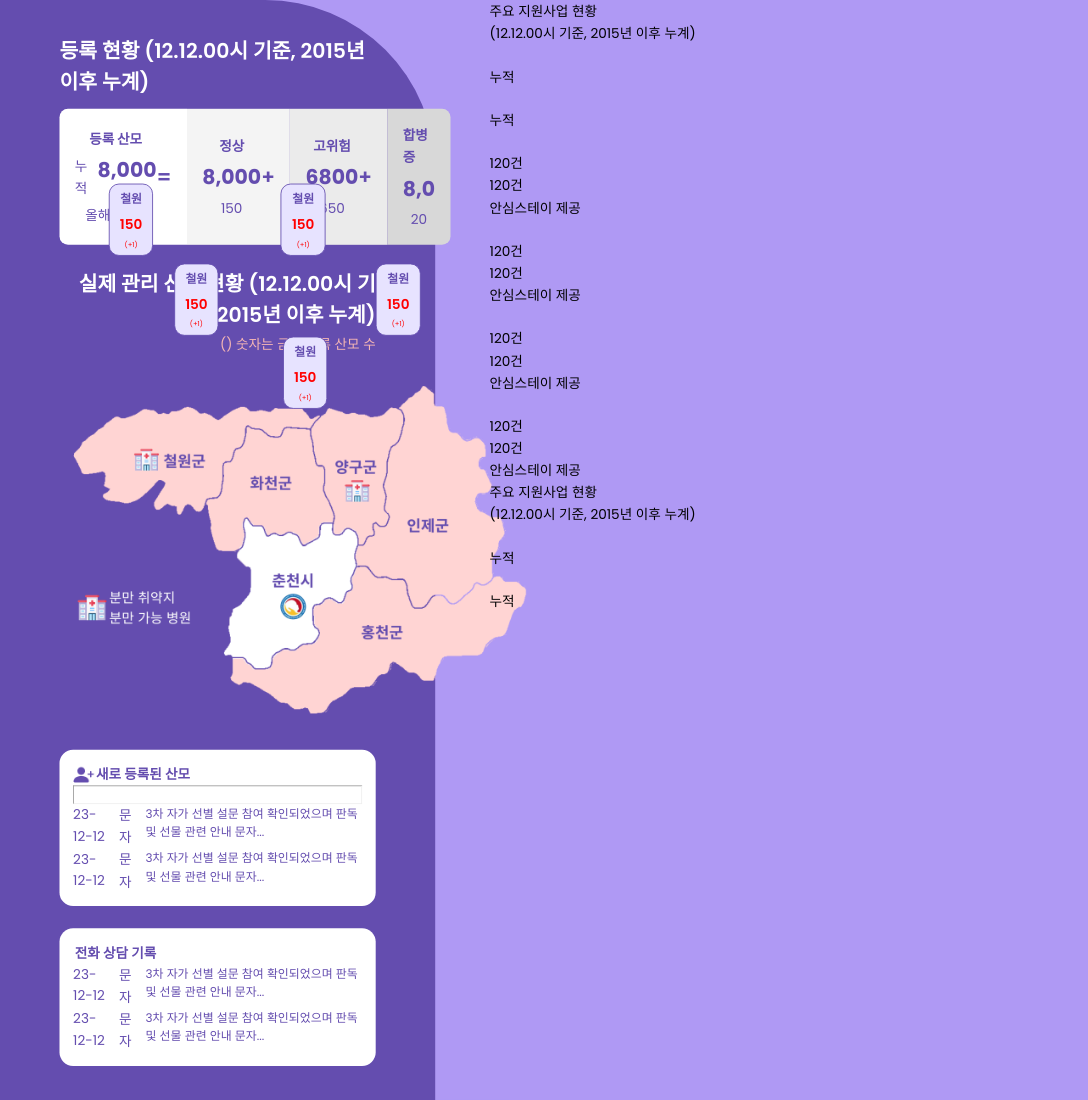
Repository: giapchicuong/Perganancy_Web
Page: index.html
An editor plug-in stored every save of this project. The page is shown before and after the next save, followed by the edit.
The browser window is 1280 px wide. The pictures show the whole page, at 85% of full size.

Above is the page before, as saved 2024-03-06 18:41:50.

After the next save:
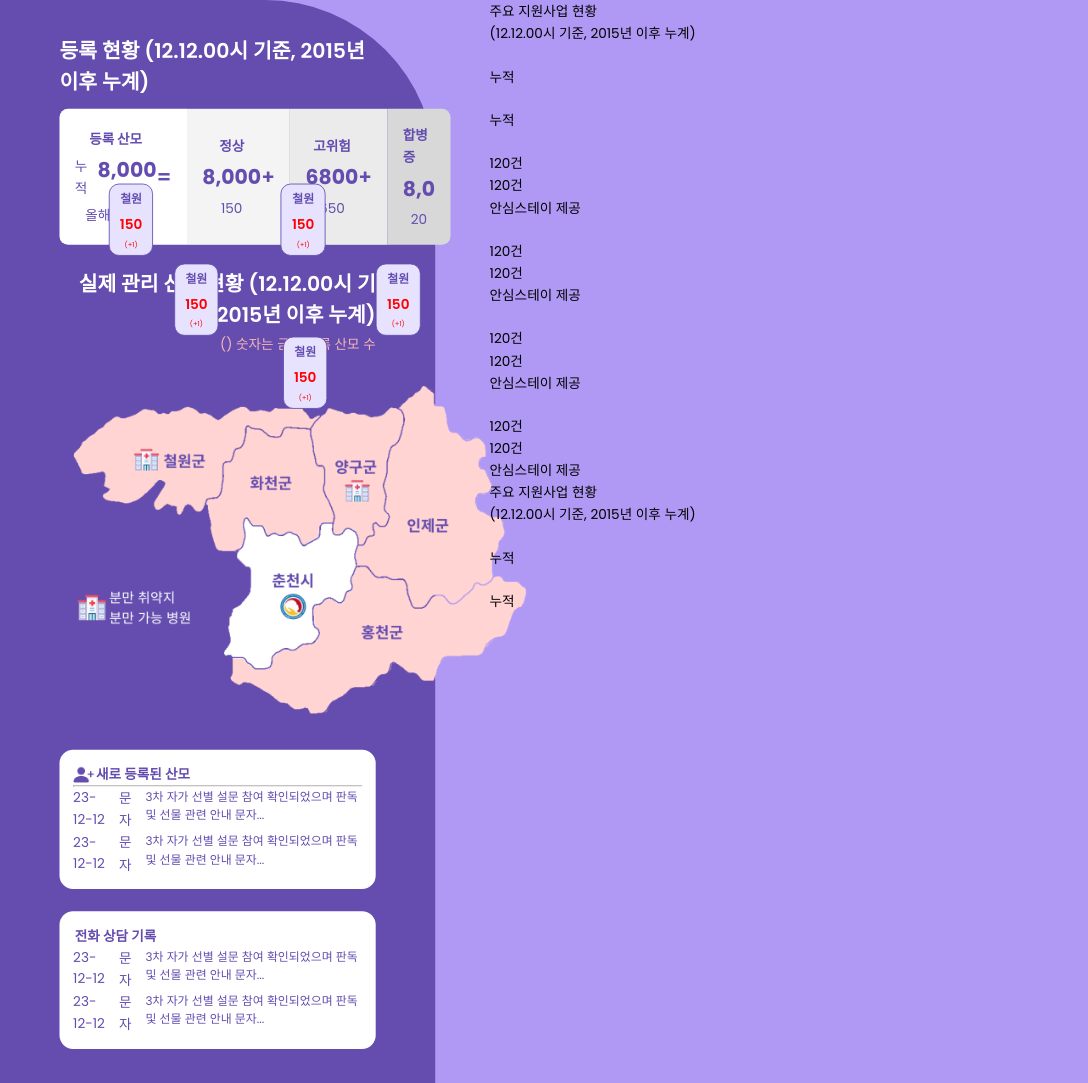
Saved 16 s later.
--- a/assets/style.css
+++ b/assets/style.css
@@ -178,7 +178,6 @@
 }
 .advertising-left__box--hr{
     color: var(--primary);
-    padding: 10px 0px;
 }
 .advertising-left__box-message-item {
     display: flex;
